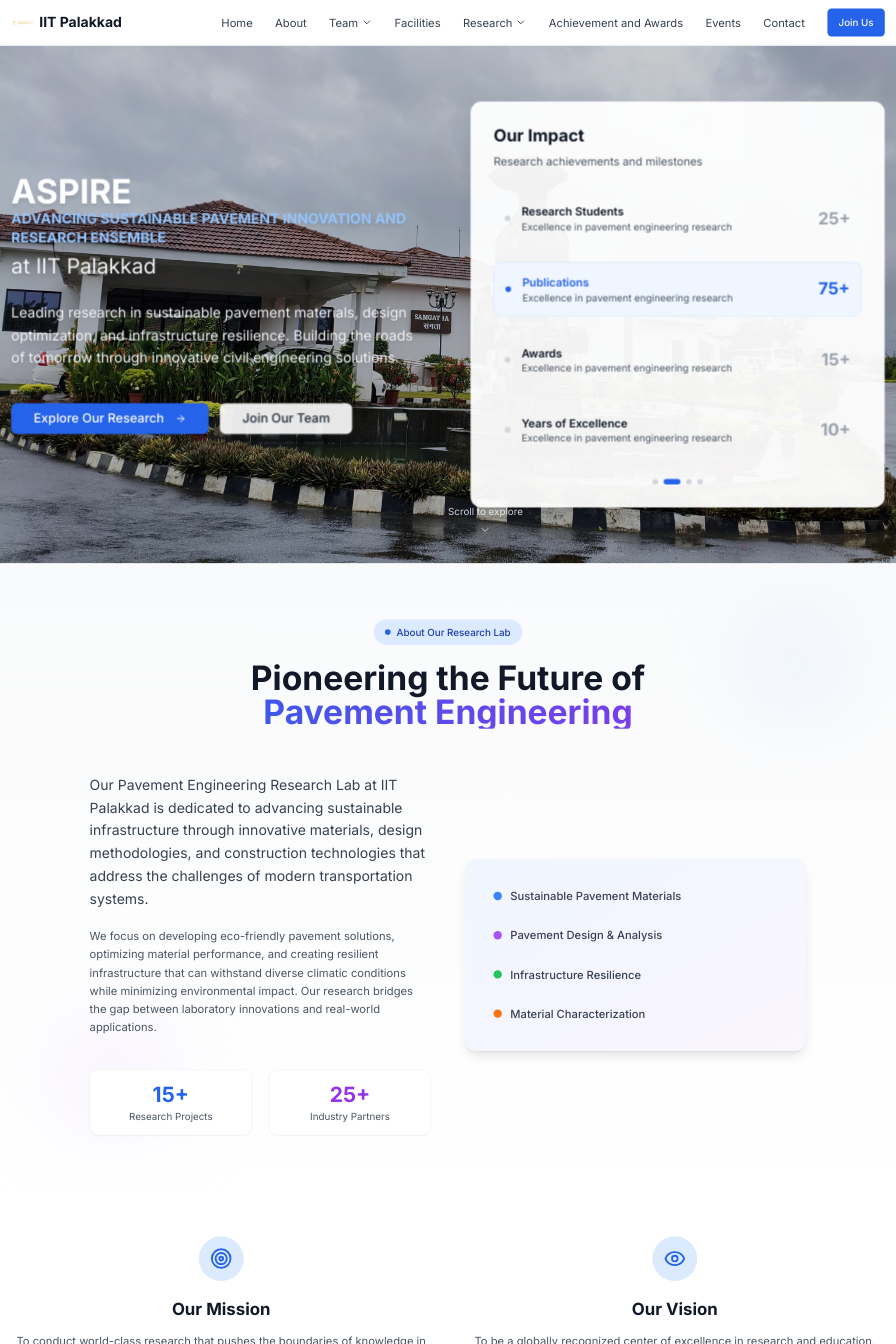
Repository: Gopikrish-30/ARISE
Page: /
These files come from the project's save history. The page is drawn as it stood at one moment and after a run of saves; the edit follows.
The browser window is 1280 px wide. The pictures show the part of the page from y = 0 to 1920 px (the page is 4937 px tall), at 70% of full size.
The project was rebuilt for these pictures with package versions that can differ from the ones it lists, and the page was loaded fresh each time. Some packages were replaced by stand-ins written for this rebuild. The framework's server and built-in components were replaced by stand-ins that run in the browser. Also part of the build but not shown: next.config.mjs.

Above is the page before, as saved 2025-06-29 13:26:56.

After the next 2 saves:
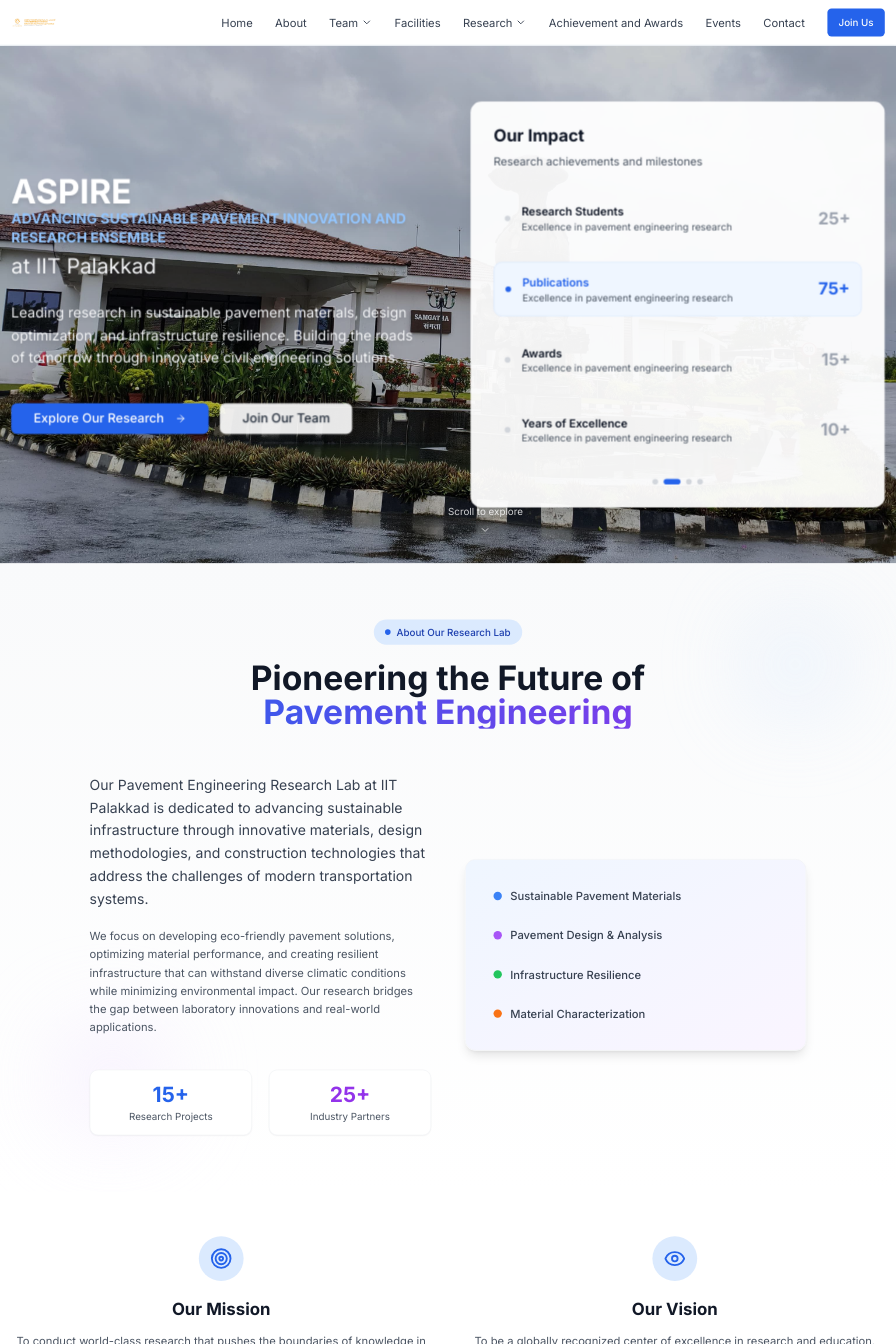
The 2 saves are shown as one change because they came seconds apart.
The last was saved 45 min 16 s later.
--- a/components/navbar.tsx
+++ b/components/navbar.tsx
@@ -15,8 +15,8 @@
         <div className="flex justify-between items-center h-16">
           {/* Logo */}
           <Link href="/" className="flex items-center space-x-2">
-            <img src="/images/logo.jpg" alt="IIT Palakkad Logo" className="w-8 h-8 object-contain" />
-            <span className="font-bold text-xl text-gray-900">IIT Palakkad</span>
+            <img src="/images/logo.jpg" alt="IIT Palakkad Logo" className="w-16 h-16 object-contain" />
+            {/* Removed IIT Palakkad text as per request */}
           </Link>
 
           {/* Desktop Navigation */}
